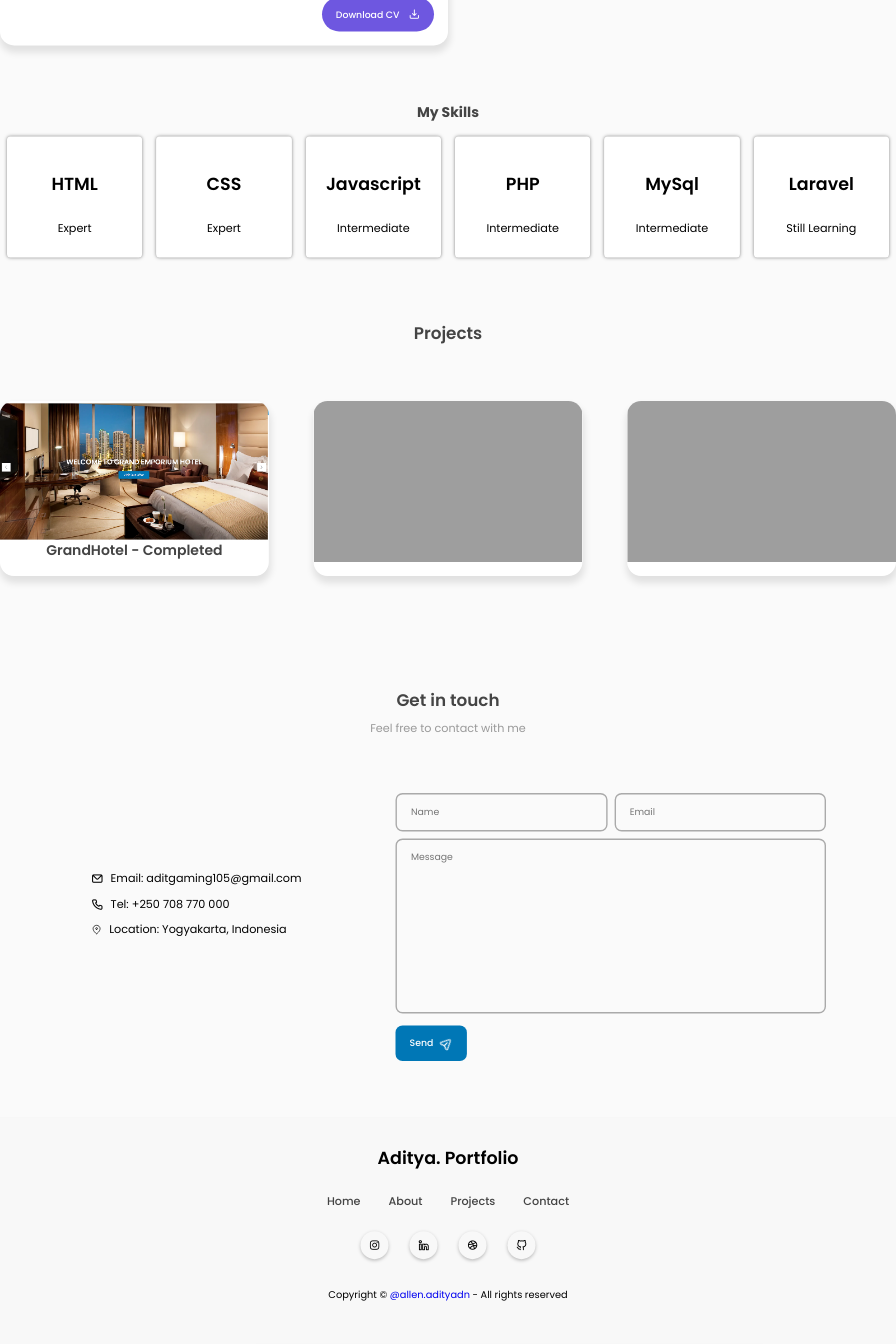
Repository: 4Kbrain/Portofolio
Page: index.html
An editor plug-in stored every save of this project. The page is shown before and after the next save, followed by the edit.
The browser window is 1280 px wide. The pictures show the part of the page from y = 1087 to 3007 px (the page is 3007 px tall), at 70% of full size.
Pictures or frames that could not be fetched are drawn as grey boxes.

Above is the page before, as saved 2024-05-15 17:31:36.
Console error: ReferenceError: ScrollReveal is not defined

After the next save:
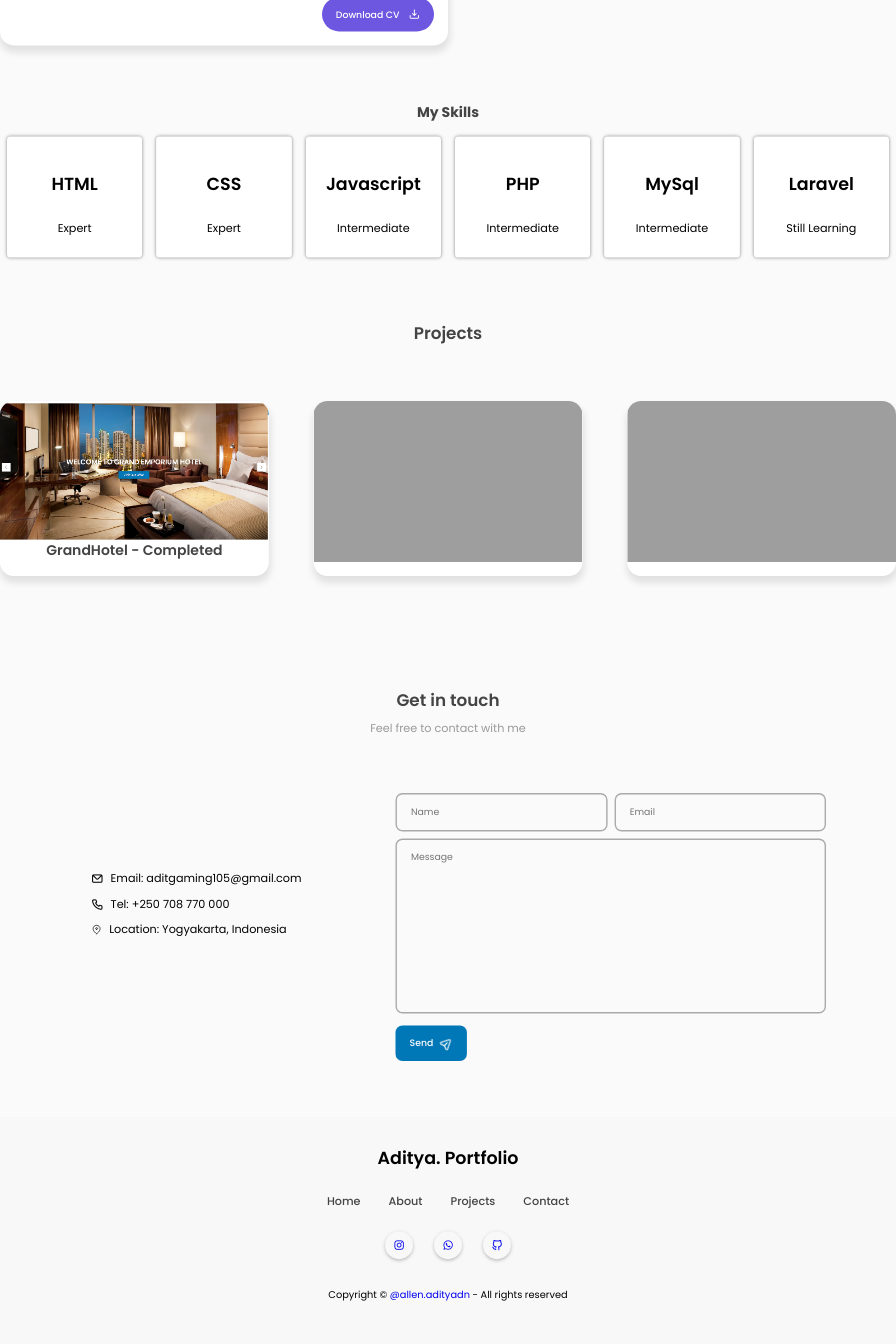
Saved 31 s later.
--- a/index.html
+++ b/index.html
@@ -252,10 +252,9 @@
             </ul>
         </div>
         <div class="footer-social-icons">
-            <div class="icon"><i class="uil uil-instagram"></i></div>
-            <div class="icon"><i class="uil uil-linkedin-alt"></i></div>
-            <div class="icon"><i class="uil uil-dribbble"></i></div>
-            <div class="icon"><i class="uil uil-github-alt"></i></div>
+            <div class="icon"><a href="https://www.instagram.com/allen.adityadn/"><i class="uil uil-instagram"></i></a></div>
+            <div class="icon"><a href="https://wa.me/0895339926715"><i class="uil uil-whatsapp"></i></a></div>
+            <div class="icon"><a href="https://github.com/4Kbrain"><i class="uil uil-github-alt"></i></a></div>
         </div>
         <div class="bottom-footer">
             <p>Copyright &copy; <a href="https://www.instagram.com/allen.adityadn/" style="text-decoration: none;">@allen.adityadn</a> - All rights reserved</p>
